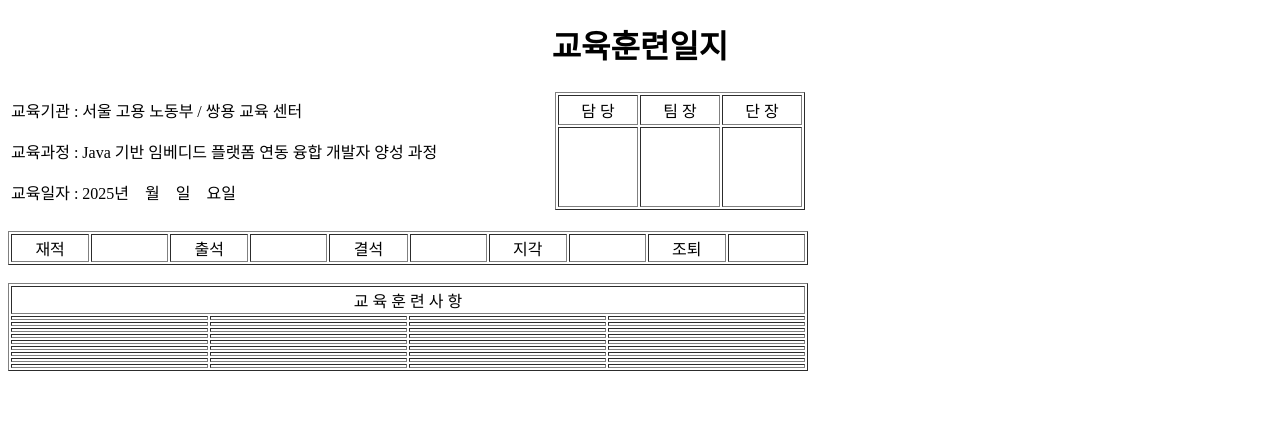
Repository: dnjs0/HCJ
Page: ClientTest/src/main/webapp/html/q12.html
These files come from the project's save history. The page is drawn as it stood at one moment and after the next save; the edit follows.
The browser window is 1280 px wide. The pictures show the whole page.

Above is the page before, as saved 2025-02-12 08:23:25.

After the next save:
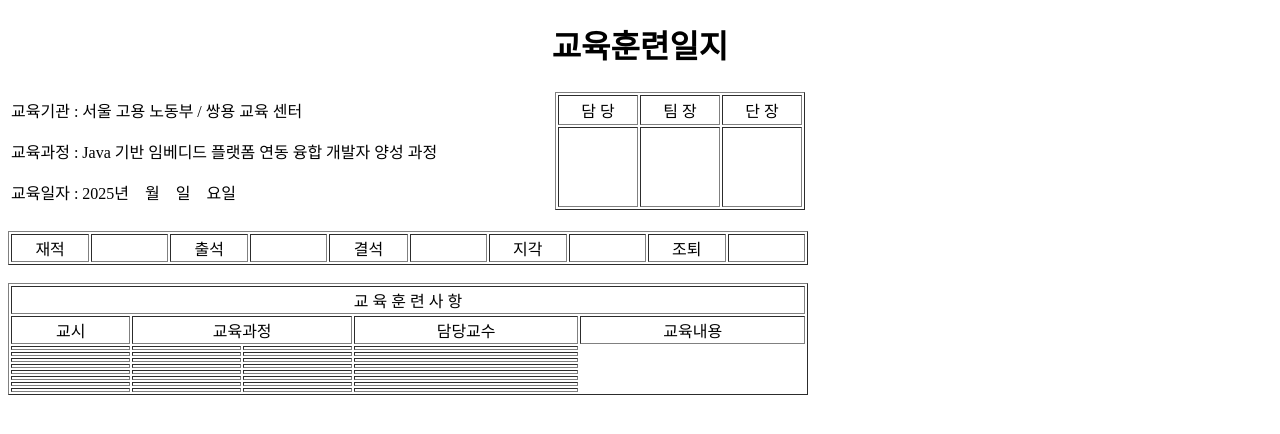
Saved 44 s later.
--- a/ClientTest/src/main/webapp/html/q12.html
+++ b/ClientTest/src/main/webapp/html/q12.html
@@ -56,10 +56,10 @@
             <td align="center" colspan="10">교 육 훈 련 사 항</td>
         </tr>
         <tr>
-            <td align="center"></td>
-            <td align="center"></td>
-            <td align="center"></td>
-            <td align="center"></td>
+            <td align="center">교시</td>
+            <td align="center" colspan="2">교육과정</td>
+            <td align="center">담당교수</td>
+            <td align="center" colspan="6">교육내용</td>
         </tr>
         <tr>
             <td align="center"></td>
